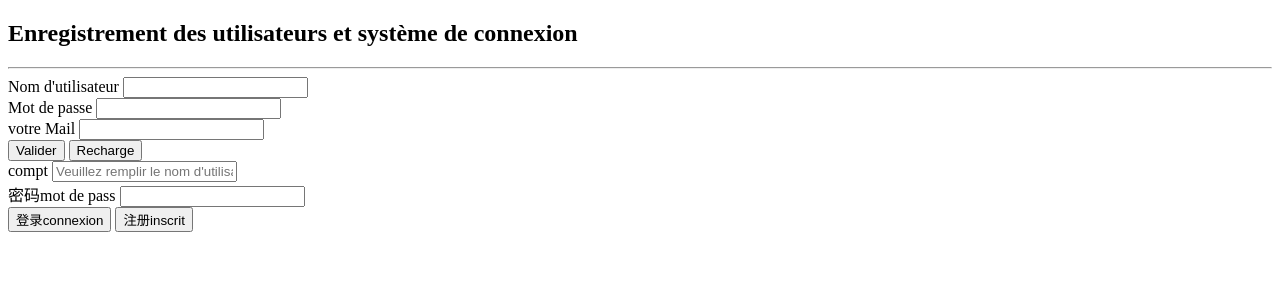
Repository: clairedupuich/serv_drone
Page: http://localhost/test copy.php
These files come from the project's save history. The page is drawn as it stood at one moment and after the next save; the edit follows.
The browser window is 1280 px wide. The pictures show the whole page.
The page is run by PHP 8.4 with error messages shown; the project is at /var/www/html/.

Above is the page before, as saved 2021-06-01 20:57:26.

After the next save:
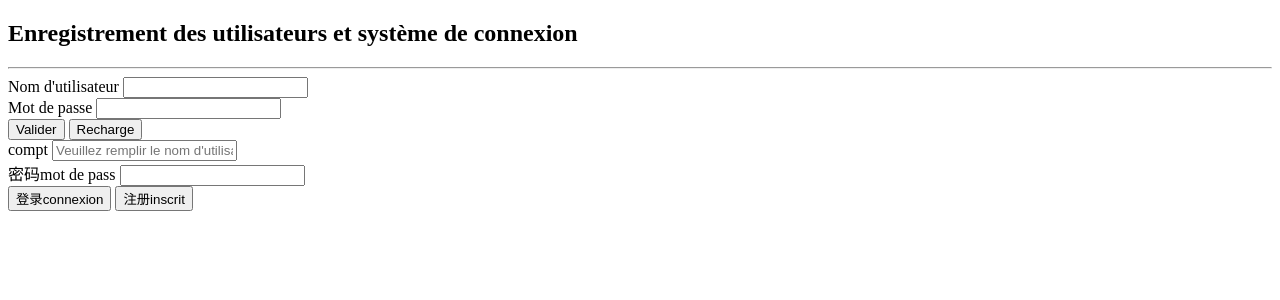
Saved 25 s later.
--- a/test copy.php
+++ b/test copy.php
@@ -66,8 +66,7 @@
                 <label for="pwd">Mot de passe</label>
                 <input type="password" name="password" id="pwd"><br>
 
-                <label for="mail">votre Mail</label>
-                <input type="email" name="email" id="mail"><br>
+
 
                 <button type="submit" name="submit" value="submit">Valider</button>
                 <input type="reset" name="cancel" value="Recharge">
